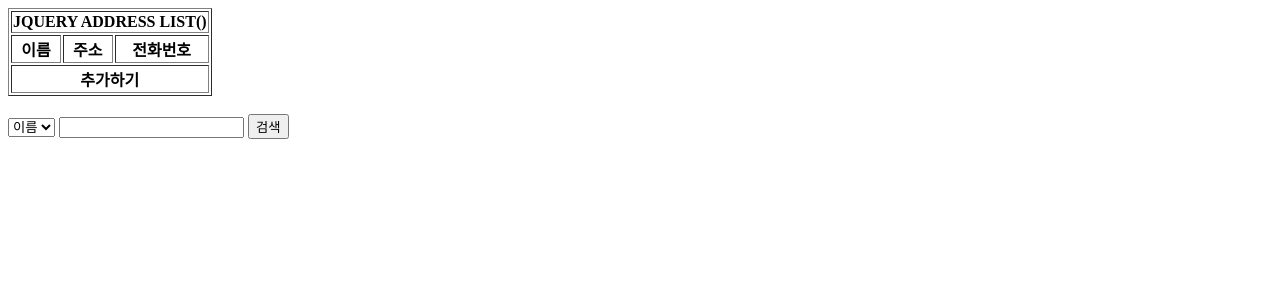
Repository: BosuMamemon/JSP_work
Page: http://localhost/JSP_Project/JQueryAddress/03-06 list.jsp
An editor plug-in stored every save of this project. The page is shown before and after the next save, followed by the edit.
The browser window is 1280 px wide. The pictures show the whole page.
The page is served by Tomcat 9. Queries for data that is not in the repository find no rows.

Above is the page before, as saved 2025-03-06 07:22:01.

After the next save:
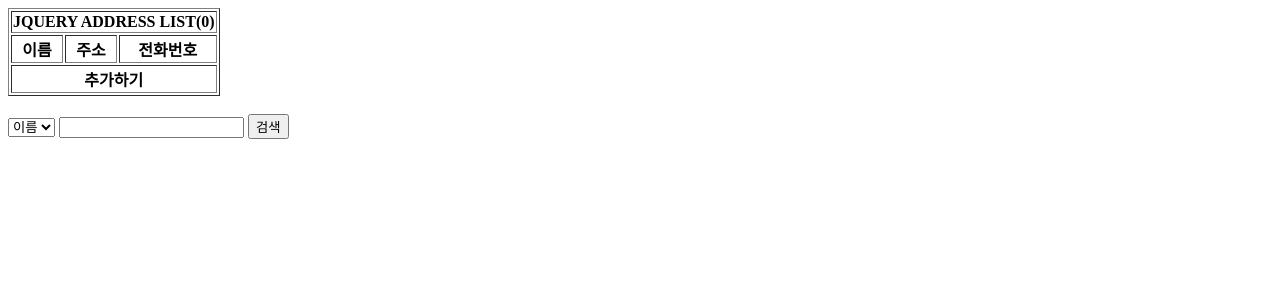
Saved 12 s later.
--- a/workspace/JSP_Project/src/main/webapp/JQueryAddress/03-06 list.jsp
+++ b/workspace/JSP_Project/src/main/webapp/JQueryAddress/03-06 list.jsp
@@ -21,7 +21,7 @@
 			<thead>
 				<tr>
 					<th colspan="3">
-						JQUERY ADDRESS LIST()
+						JQUERY ADDRESS LIST(<%= count %>)
 					</th>
 				</tr>
 				<tr>
